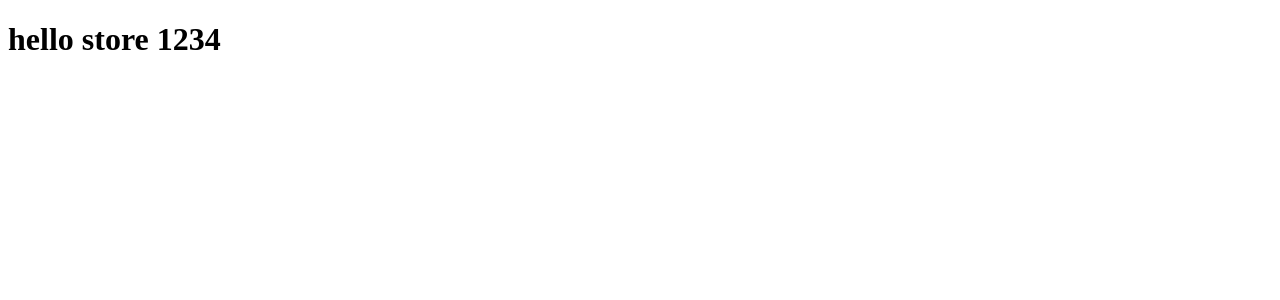
Repository: wkkuchiha/StoreProject
Page: http://localhost/store-manager-service/index.jsp
These files come from the project's save history. The page is drawn as it stood at one moment and after the next save; the edit follows.
The browser window is 1280 px wide. The pictures show the whole page.
The page is served by Tomcat 9.

Above is the page before, as saved 2019-01-15 08:41:55.

After the next save:
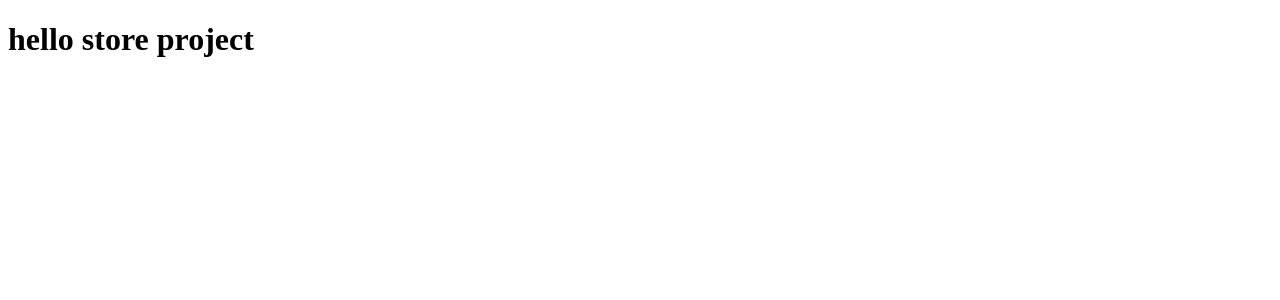
Saved 10 min 10 s later.
--- a/store-manager/store-manager-service/src/main/webapp/index.jsp
+++ b/store-manager/store-manager-service/src/main/webapp/index.jsp
@@ -9,7 +9,7 @@
 <body>
 
 <h1>
-  hello store 1234
+  hello store project
 </h1>
 
 </body>
